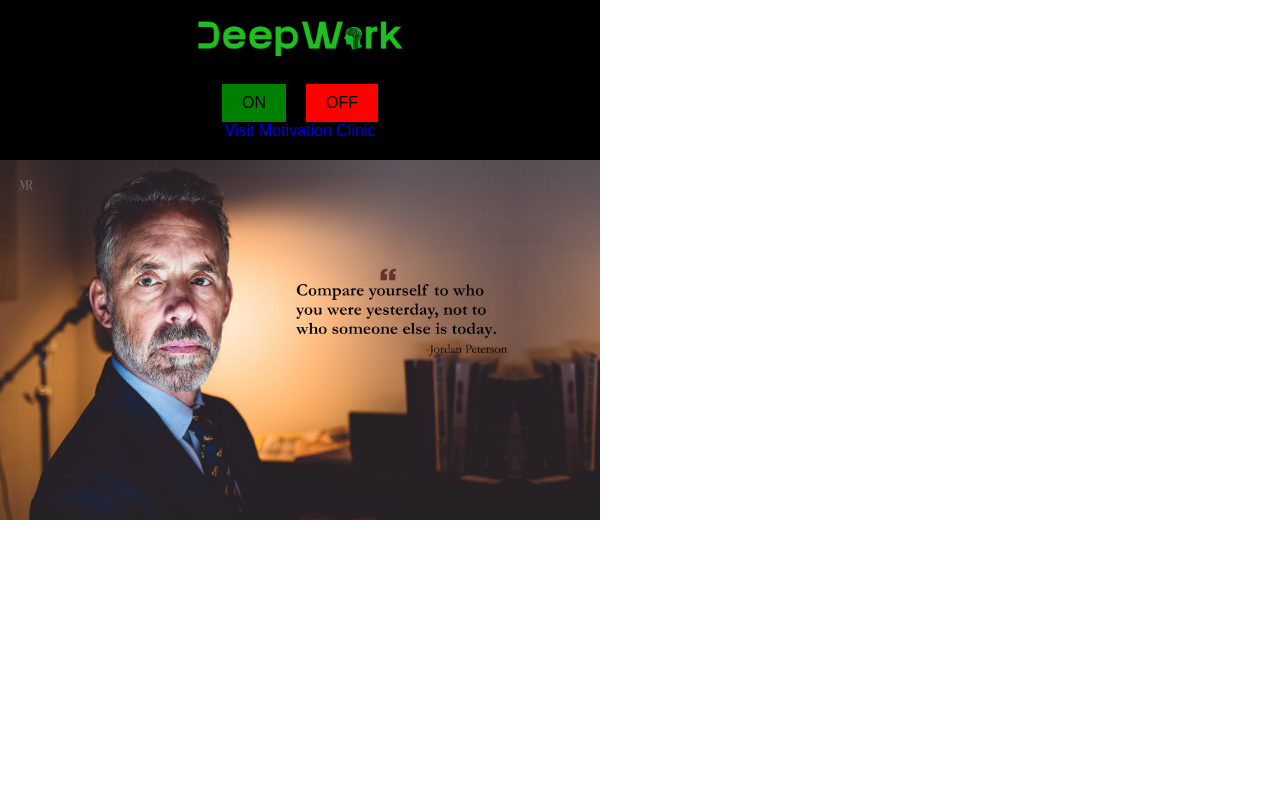
Repository: fechinmitchell/MFM
Page: blocked.html
The author's editor kept a copy of each file at every save. The page is drawn from the files as they stood at one save, then again after the next save.
The browser window is 1280 px wide. The pictures show the whole page.

Above is the page before, as saved 2023-07-12 20:11:38.

### blocked.html
<!DOCTYPE html>
<html>
<head>
  <style>
    body {
      width: 600px;
      height: 800px;
      margin: 0;
      font-family: Arial, sans-serif;
    }
    .banner {
      background-color: black;
      color: white;
      padding: 10px;
      text-align: center;
    }
    .control-panel {
      background-color: black;
      color: white;
      padding: 10px 0;
    }
    .buttons {
      display: flex;
      justify-content: center;
    }
    .on-button,
    .off-button {
      border: none;
      padding: 10px 20px;
      margin: 0 10px;
      font-size: 16px;
      cursor: pointer;
    }
    .on-button {
      background-color: green;
    }
    .off-button {
      background-color: red;
    }
    .link {
      display: block;
      text-align: center;
      margin-bottom: 10px;
      text-decoration: none;
    }
  </style>
</head>
<body>
  <div class="banner">
    <img src="images/logo.png" alt="Logo">
  </div>
  <div class="control-panel">
    <div class="buttons">
      <button class="on-button">ON</button>
      <button class="off-button">OFF</button>
    </div>
    <a class="link" href="https://motivationclinic.com" target="_blank">Visit Motivation Clinic</a>
  </div>
  <img src="images/blocked.jpeg" style="width:100%;height:calc(70% - 200px);object-fit:cover;">
</body>
</html>

After the next save:
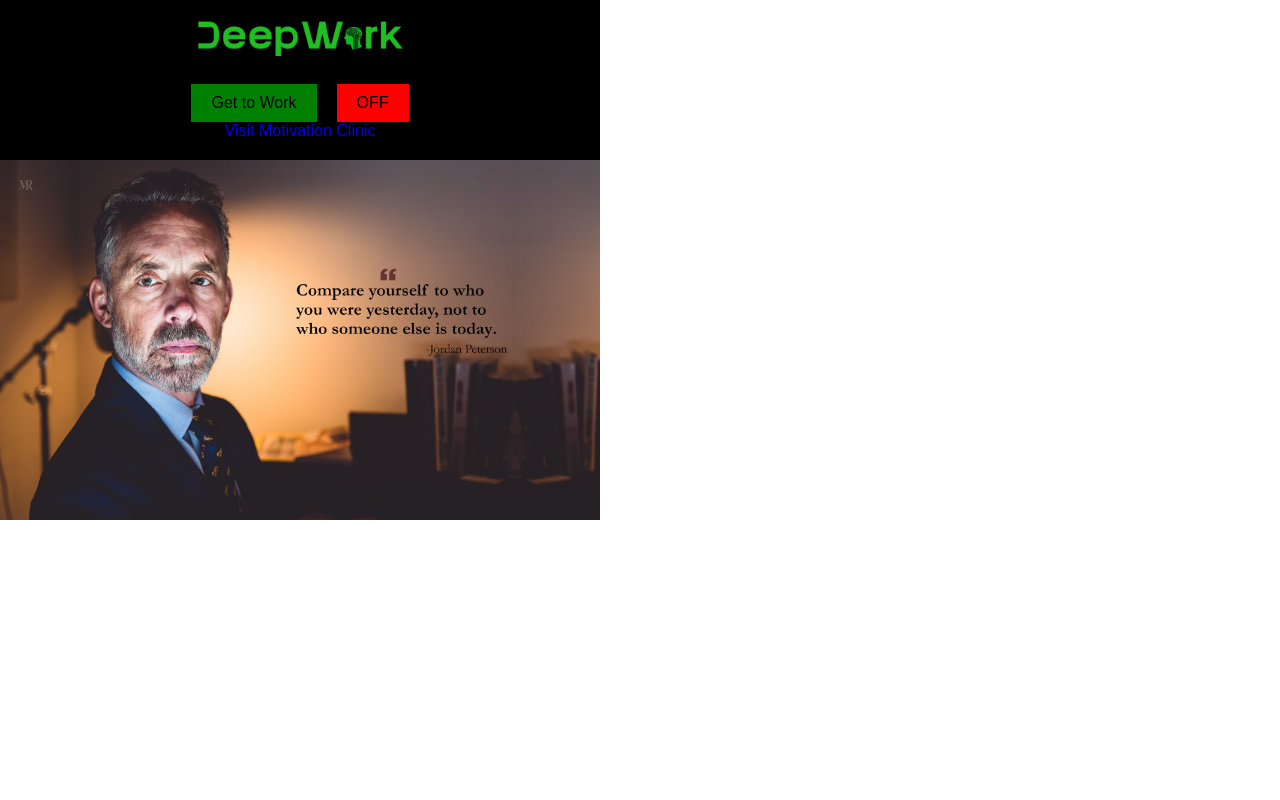
Saved 3 min 45 s later.
--- a/blocked.html
+++ b/blocked.html
@@ -51,7 +51,7 @@
   </div>
   <div class="control-panel">
     <div class="buttons">
-      <button class="on-button">ON</button>
+      <button class="on-button">Get to Work</button>
       <button class="off-button">OFF</button>
     </div>
     <a class="link" href="https://motivationclinic.com" target="_blank">Visit Motivation Clinic</a>
